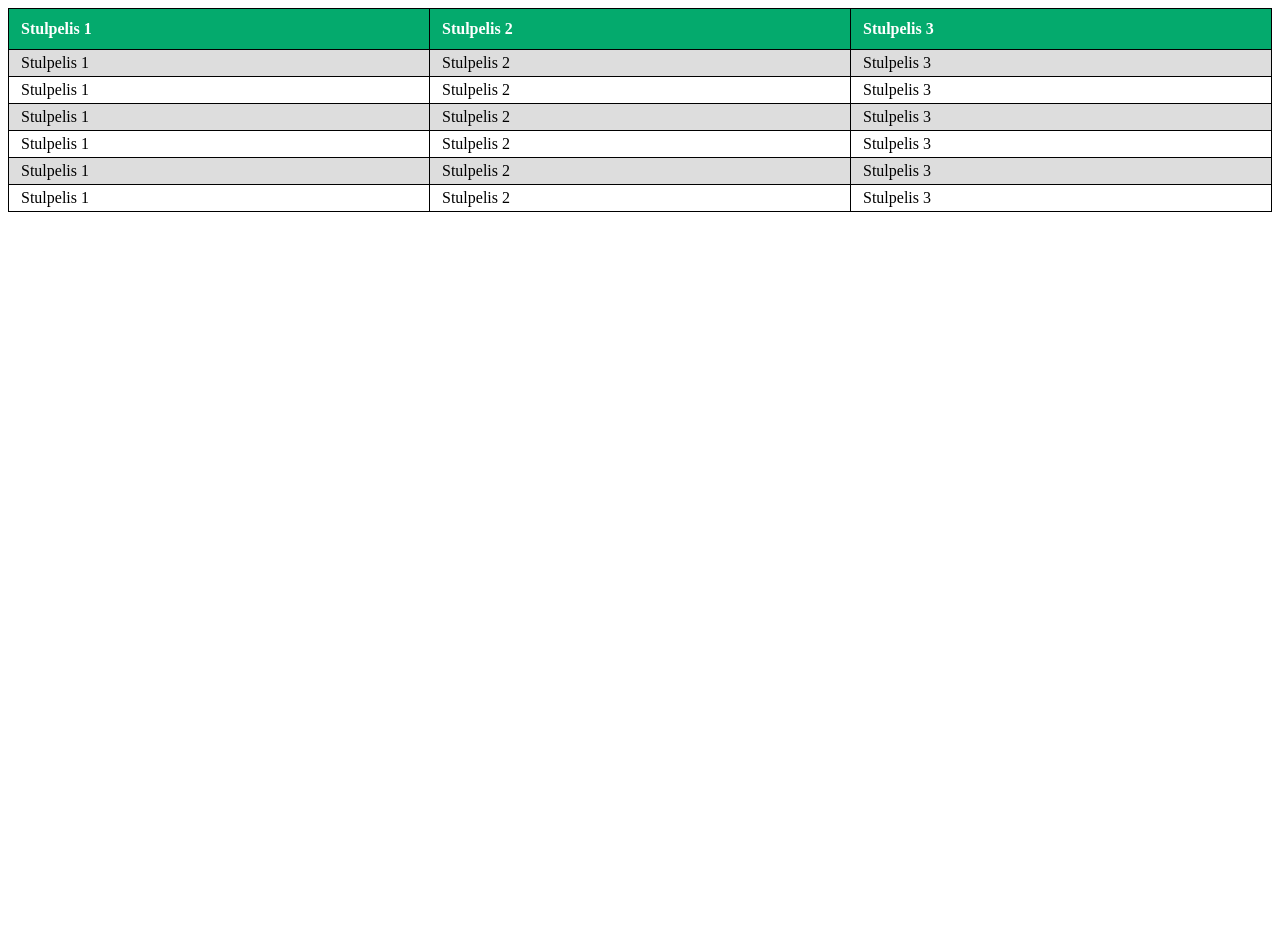
Repository: motiejus1/10-paskaita-05.31
Page: index.html
An editor plug-in stored every save of this project. The page is shown before and after the next save, followed by the edit.
The browser window is 1280 px wide. The pictures show the part of the page from y = 0 to 952 px (the page is 3220 px tall before and 3229 px after).
Backgrounds fixed to the window are drawn as part of the page.

Above is the page before, as saved 2021-06-16 20:02:13.

After the next save:
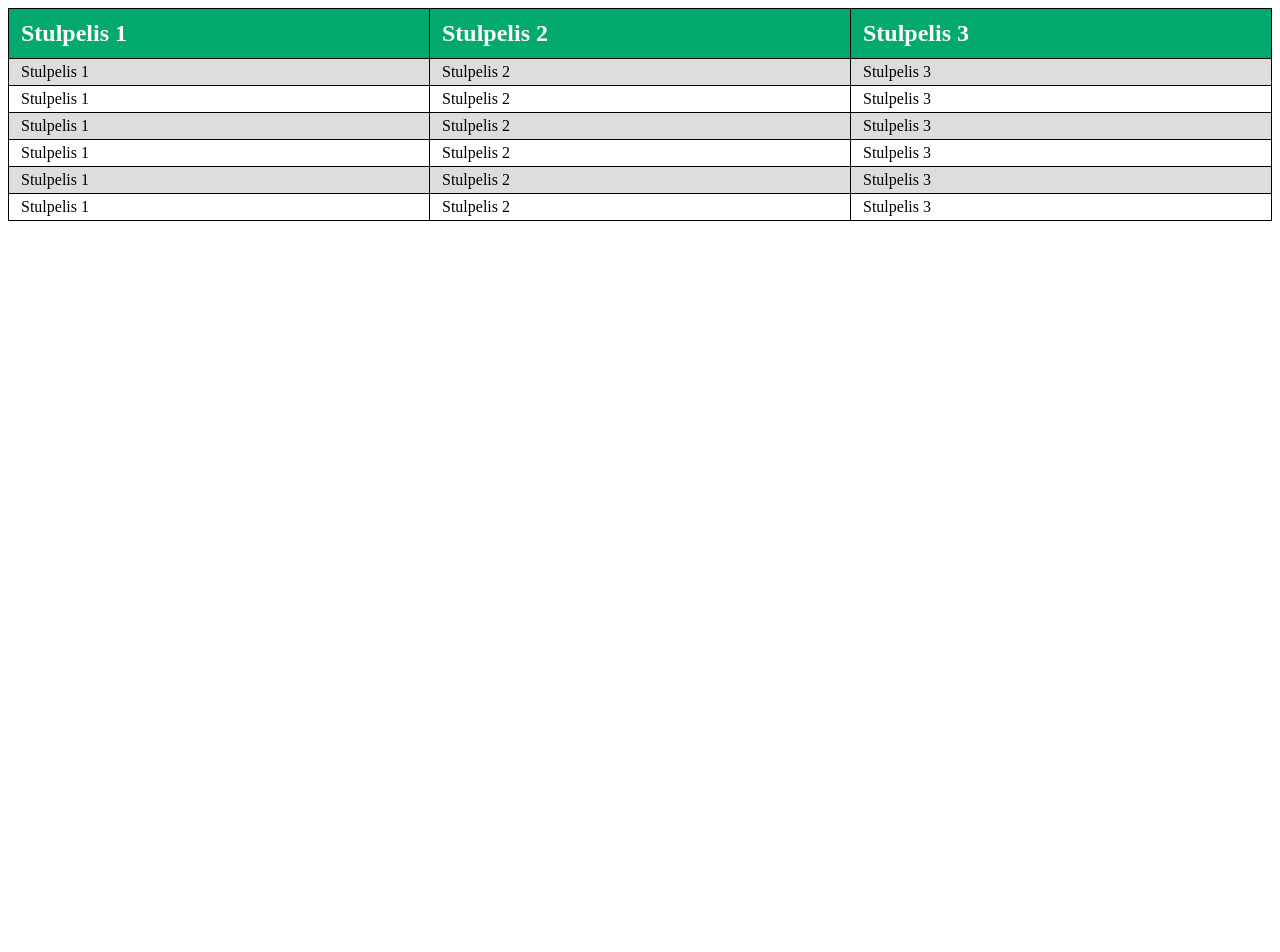
Saved 4 s later.
--- a/index.html
+++ b/index.html
@@ -70,7 +70,7 @@
             padding-bottom: 11px;
             background-color: #04AA6D;
             color:white;
-            font-size:
+            font-size: 24px;
         }
 
         td {
